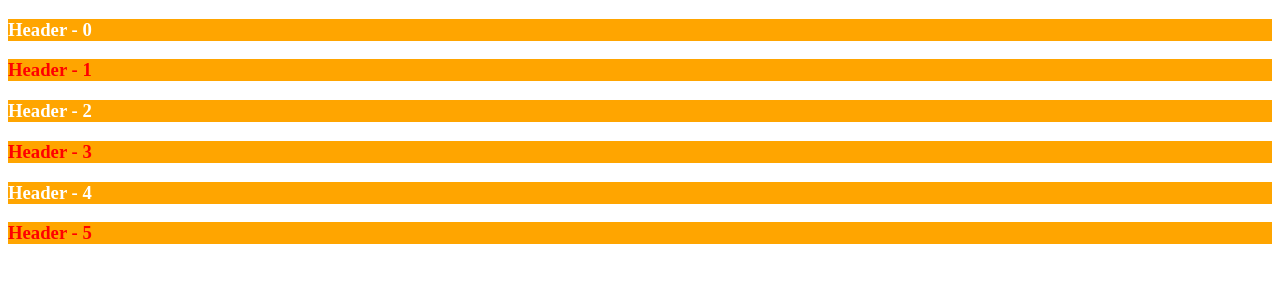
Repository: chlguswns1/web-practice
Page: jQuery/src/main/webapp/02_DOM_Search.html
An editor plug-in stored every save of this project. The page is shown before and after the next save, followed by the edit.
The browser window is 1280 px wide. The pictures show the whole page.

Above is the page before, as saved 2023-03-09 05:44:48.

After the next save:
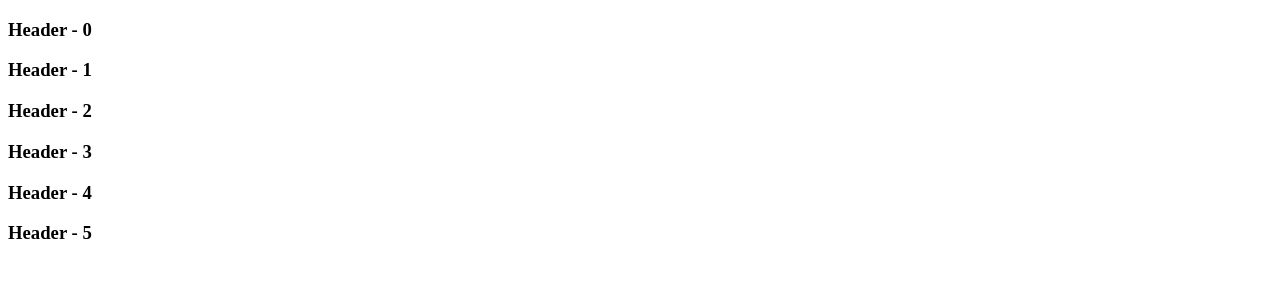
Console error: SyntaxError: Unexpected end of input
Saved 6 min 29 s later.
--- a/jQuery/src/main/webapp/02_DOM_Search.html
+++ b/jQuery/src/main/webapp/02_DOM_Search.html
@@ -48,15 +48,17 @@
 	$(function() {
 		/* $('h3').css('background','orange').filter(':even').css('color','white'
 				).filter(':odd').css('color','red');//누적되서 진행
-		 */
+
 		$('h3').css('background','orange').filter(':even').css('color','white'
 		).end().filter(':odd').css('color','red');//.end()를 붙이면 앞에꺼를 초기화 시킴
 	})
-
+*/
 	// 예제3.
 	// 체이닝을 이용한 예제2의 표현
 	// end() : 문서 객체 선택을 한 단계 뒤로 돌림.
-
+	$(function () {
+		$('h3').eq(3).css('background','orange')
+	})
 
 
 /* 3. 특정 위치의 문서 객체 선택 */
